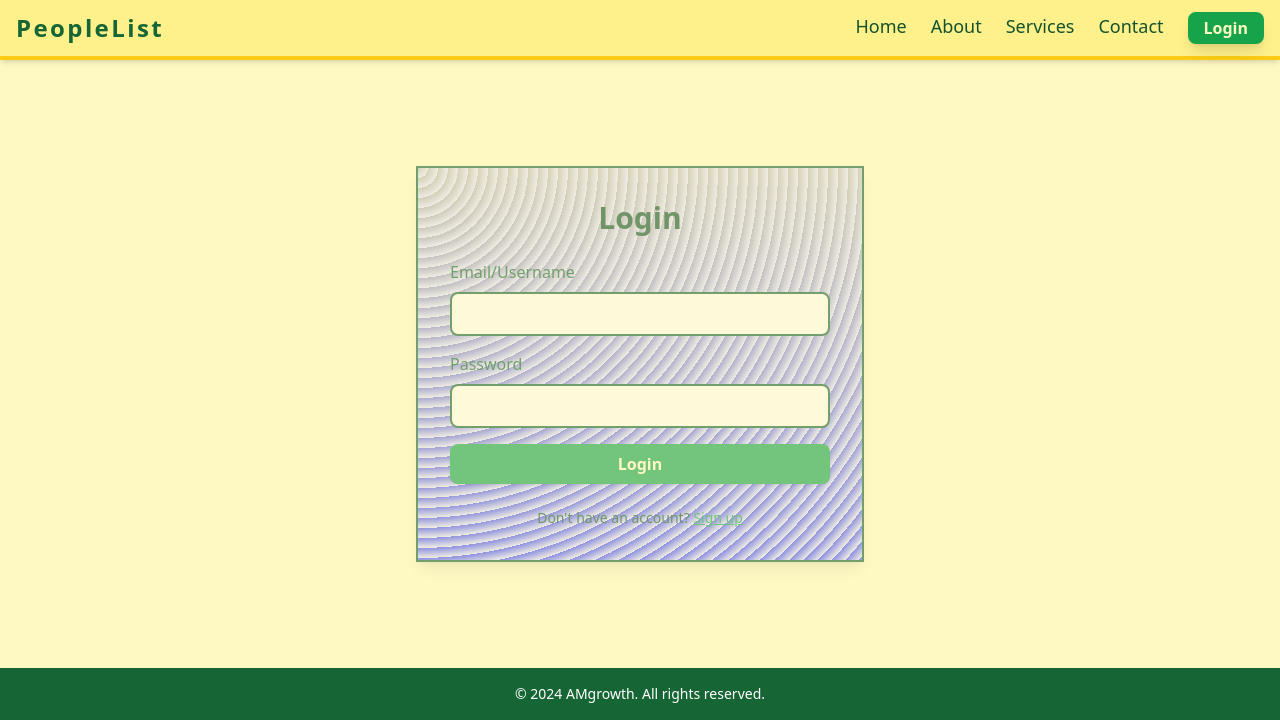
Repository: ArievfRahman-Dev/Mini-Project-II
Page: /login (app in miniproject2/)
These files come from the project's save history. The page is drawn as it stood at one moment and after the next save; the edit follows.
The browser window is 1280 px wide. The pictures show the whole page.
The project was rebuilt for these pictures with package versions that can differ from the ones it lists, and the page was loaded fresh each time. Also part of the build but not shown: miniproject2/vite.config.js, miniproject2/src/pages/HomePage/index.jsx, miniproject2/src/pages/DetailUser/index.jsx, miniproject2/src/pages/RegisterPages/index.jsx, miniproject2/src/routes/ProtectedRoute.jsx.

Above is the page before, as saved 2024-12-23 15:16:40.

After the next save:
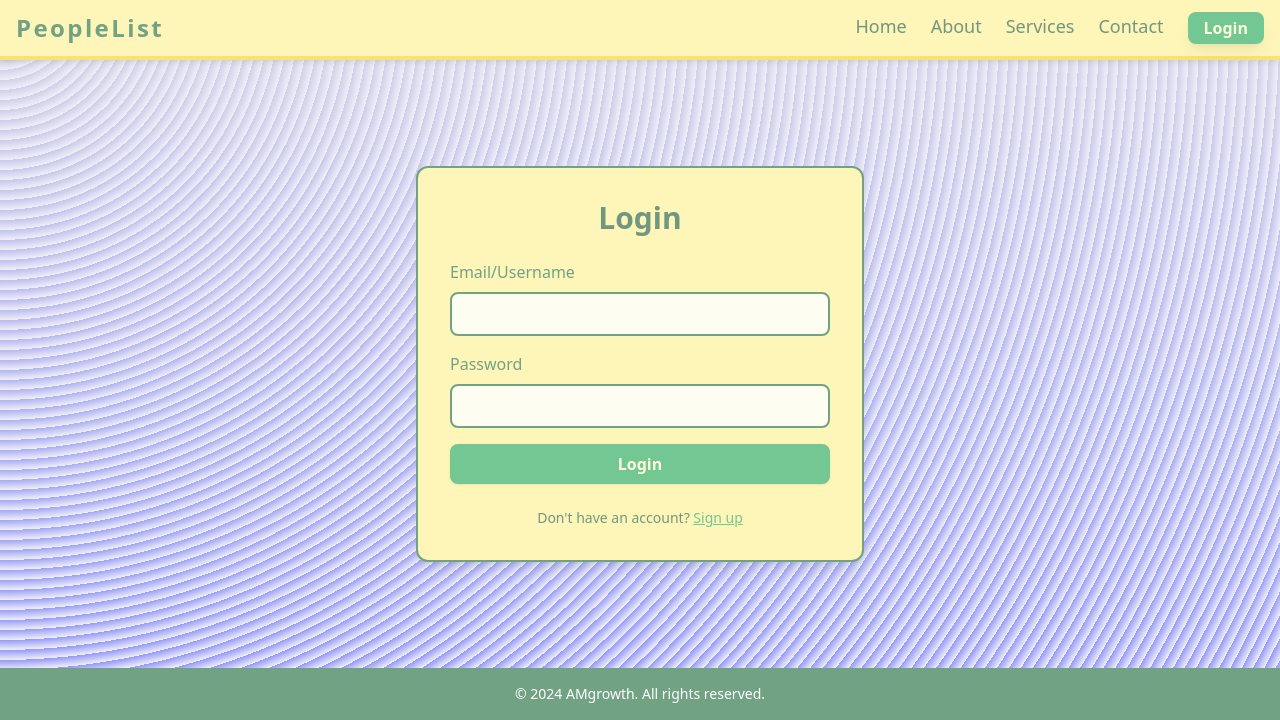
Saved 26 s later.
--- a/miniproject2/src/pages/LoginPage/index.jsx
+++ b/miniproject2/src/pages/LoginPage/index.jsx
@@ -43,10 +43,10 @@ export const LoginPage = () => {
   };
 
   return (
-    <div className="flex flex-col min-h-screen bg-yellow-100 ">
+    <div className="flex flex-col min-h-screen bg-yellow-100 bg-[#e5e5f7] opacity-60 bg-[repeating-radial-gradient(circle_at_0_0,_transparent_0,_#e5e5f7_10px),_repeating-linear-gradient(#444cf755,_#444cf7)]">
       <Navbar />
       <div className="flex items-center justify-center flex-1 p-4">
-        <div className="w-full max-w-md p-8 bg-yellow-200 border-2 border-green-800 shadow-lg rounded-xlbg-[#e5e5f7] opacity-60 bg-[repeating-radial-gradient(circle_at_0_0,_transparent_0,_#e5e5f7_10px),_repeating-linear-gradient(#444cf755,_#444cf7)] ">
+        <div className="w-full max-w-md p-8 bg-yellow-200 border-2 border-green-800 shadow-lg rounded-xl ">
           <h1 className="mb-6 text-3xl font-bold text-center text-green-900 retro-font">
             Login
           </h1>
